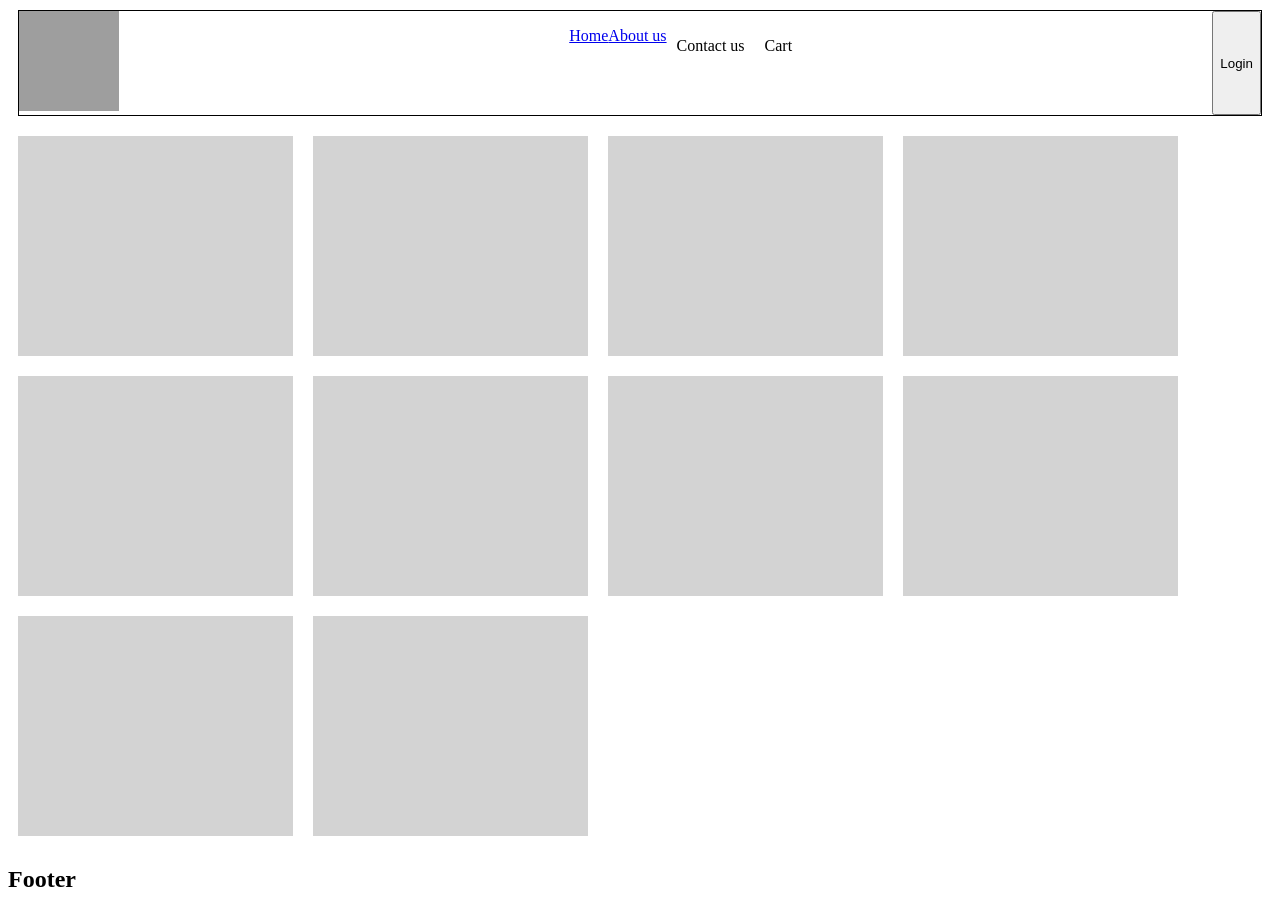
Repository: shivamv97/FOOD-VILLA-APP
Page: /
The author's editor kept a copy of each file at every save. The page is drawn from the files as they stood at one save, then again after the next save.
The browser window is 1280 px wide. The pictures show the whole page.
Pictures or frames that could not be fetched are drawn as grey boxes. The page's requests for data from a server got no answer. The project was rebuilt for these pictures with package versions that can differ from the ones it lists, and the page was loaded fresh each time. No one was signed in, and anything a server would have sent is missing. Also part of the build but not shown: src/components/RestaurantCards.js, src/components/About.js, src/components/Error.js.

Above is the page before, as saved 2024-08-05 13:30:19.

### index.html
<!DOCTYPE html>
<html lang="en">
  <head>
    <meta charset="UTF-8" />
    <meta name="viewport" content="width=device-width, initial-scale=1.0" />
    <title>Learning REACT</title>
    <link rel="stylesheet" href="style.css" />
  </head>
  <body>
    <div id="root">Not Rendered</div>
    <!-- <script
      crossorigin
      src="https://unpkg.com/react@18/umd/react.development.js"
    ></script>
    <script
      crossorigin
      src="https://unpkg.com/react-dom@18/umd/react-dom.development.js"
    ></script> -->
    <script type="module" src="src/App.js"></script>
  </body>
</html>

### style.css
.header {
  display: flex;
  justify-content: space-between;
  margin: 10px;
  border: 1px solid black;
}
.nav-items > ul {
  list-style-type: none;
  display: flex;
}

.nav-items > ul > li {
  padding: 10px;
}
.logo {
  width: 100px;
  height: 100px;
}

.card {
  width: 255px;
  border: 1px solid black;
  padding: 10px;
  margin: 10px;
  overflow-wrap: break-word;
}

.card > img {
  width: 100%;
}

.restaurant-list {
  display: flex;
  flex-wrap: wrap;
}

.shimmer-card {
  width: 255px;
  height: 200px;
  background: lightgrey;
  margin: 10px;
  padding: 10px;
}

### src/App.js
import React from "react";
import ReactDOM from "react-dom/client";
import HeaderComponent from "./components/Title";
import Body from "./components/Body";
import Footer from "./components/Footer";
import About from "./components/About";
import Error from "./components/Error";
import { createBrowserRouter, RouterProvider } from "react-router-dom";

const AppLayout = () => {
  return (
    <>
      <HeaderComponent />
      <Body />
      <Footer />
    </>
  );
};

const appRouter = createBrowserRouter([
  {
    path: "/",
    element: <AppLayout />,
    errorElement: <Error />,
  },
  {
    path: "/About",
    element: <About />,
  },
]);

const root = ReactDOM.createRoot(document.getElementById("root"));

root.render(<RouterProvider router={appRouter} />);
//root will render according to the AppRouter

### src/components/Title.js
import { useState } from "react";
import { Link } from "react-router-dom";

const LoggedInUser = () => {
  //API used for authentication
  return true;
};

const Title = () => (
  <a href="/ ">
    <img
      className="logo"
      alt="logo"
      src="https://encrypted-tbn0.gstatic.com/images?q=tbn:ANd9GcTJtFXKFKFoihdrJEvX4jBtXqfcO2kJ0KAlIg&s"
    />
  </a>
);

const HeaderComponent = () => {
  const [isLoggedIn, setisLoggedIn] = useState(false);
  return (
    <div className="header">
      <Title />
      <div className="nav-items">
        <ul>
          <Link to="/">
            <li>Home</li>
          </Link>
          <Link to="/About">
            <li>About us</li>
          </Link>

          <li>Contact us</li>
          <li>Cart</li>
        </ul>
      </div>
      {isLoggedIn ? (
        <button onClick={() => setisLoggedIn(false)}>Logout</button>
      ) : (
        <button onClick={() => setisLoggedIn(true)}>Login</button>
      )}
    </div>
  );
};

export default HeaderComponent;

### src/components/Body.js
import { restaurantlist } from "../config";
import RestrauntCard from "./RestaurantCards";
import { useState, useEffect } from "react";
import Shimmer from "./shimmer";

function filterdata(searchText, restaurants) {
  return restaurants.filter((restaurant) =>
    restaurant.info.name.toLowerCase().includes(searchText.toLowerCase())
  );
}

const Body = () => {
  // const searchTxt = "KFC"; //for reference...(IN JS)
  const [AllRestaurants, setAllRestaurants] = useState([]);
  const [FilteredRestaurants, setFilteredRestaurants] = useState([]); //restaurantlist
  const [searchText, setsearchText] = useState(""); //To create state variable.......(IN REACT)
  // console.log("render()");

  useEffect(() => {
    //API call
    GetRestaurants();
  }, []);

  async function GetRestaurants() {
    const data = await fetch(
      "https://www.swiggy.com/dapi/restaurants/list/v5?lat=28.7040592&lng=77.10249019999999&collection=83667"
    );
    const json = await data.json();
    console.log(json);
    //you have to make change only in line 32,in cards[i],where i is keep changing in the above api link,try from 0-11
    //it's an config-driven UI,Hence,it's Grid Element position keeps on changing.......
    setAllRestaurants(
      json?.data?.cards[1]?.card?.card?.gridElements?.infoWithStyle?.restaurants
    );
    setFilteredRestaurants(
      json?.data?.cards[1]?.card?.card?.gridElements?.infoWithStyle?.restaurants
    );
  }

  console.log("render");

  //Don't render component(Early Return)
  // if (!AllRestaurants) return null;
  // if (FilteredRestaurants?.length === 0) return <h1>No Restaurants Found!</h1>;

  //Conditional rendering
  return AllRestaurants?.length == 0 ? (
    <Shimmer />
  ) : (
    <>
      <div className="search-box">
        <input
          type="text"
          className="search-input"
          placeholder="Search"
          value={searchText}
          onChange={(e) => {
            setsearchText(e.target.value);
          }}
        />
        <button
          className="search-btn"
          onClick={() => {
            //filter the data according to need
            const data = filterdata(searchText, AllRestaurants);
            setFilteredRestaurants(data);
            //need to update the state-restaurants
          }}
        >
          Search
        </button>
      </div>
      <div className="restaurant-list">
        {
          FilteredRestaurants.map((restaurant) => {
            return (
              <RestrauntCard key={restaurant.info.id} {...restaurant.info} />
            );
          })
          //H.W. => 1.PROPER PLACE FOR NO RESTAURANTS FOUND   2.SEARCH WENT OFF WHEN IT IS SHOWING NO RESTAURANTS FOUND..........
        }
      </div>
    </>
  );
};

export default Body;

### src/components/Footer.js
const Footer = () => {
  return <h2>Footer</h2>;
};

export default Footer;

### src/config.js
//PUT MY all Hard Coded File Here
export const Img_cdn_url =
  "https://media-assets.swiggy.com/swiggy/image/upload/fl_lossy,f_auto,q_auto,w_660/";

//Config Driven UI
export const restaurantlist = [
  //public API of Swiggy
  {
    "@type": "type.googleapis.com/swiggy.presentation.food.v2.Restaurant",
    info: {
      id: "8561",
      name: "Mughlai Junction",
      cloudinaryImageId: "tnl2yuuxi8zjbgru6iqj",
      locality: "Connaught Place",
      areaName: "Connaught Place",
      costForTwo: "₹600 for two",
      cuisines: ["Mughlai", "North Indian", "Tandoor"],
      avgRating: 4.3,
      parentId: "5354",
      avgRatingString: "4.3",
      totalRatingsString: "10K+",
      promoted: true,
      adTrackingId:
        "cid=15007607~p=0~adgrpid=15007607#ag1~mp=SWIGGY_IN~bl=FOOD~aet=RESTAURANT~aeid=8561~eid=321f01bc-98c6-405c-89d6-b18422bb8f70~srvts=1721229990431~collid=83639",
      sla: {
        deliveryTime: 37,
        lastMileTravel: 4.8,
        serviceability: "SERVICEABLE",
        slaString: "35-40 mins",
        lastMileTravelString: "4.8 km",
        iconType: "ICON_TYPE_EMPTY",
      },
      availability: {
        nextCloseTime: "2024-07-17 23:00:00",
        opened: true,
      },
      badges: {},
      isOpen: true,
      type: "F",
      badgesV2: {
        entityBadges: {
          textExtendedBadges: {},
          textBased: {},
          imageBased: {},
        },
      },
      aggregatedDiscountInfoV3: {
        header: "10% OFF",
        subHeader: "UPTO ₹35",
      },
      orderabilityCommunication: {
        title: {},
        subTitle: {},
        message: {},
        customIcon: {},
      },
      differentiatedUi: {
        displayType: "ADS_UI_DISPLAY_TYPE_ENUM_DEFAULT",
        differentiatedUiMediaDetails: {
          mediaType: "ADS_MEDIA_ENUM_IMAGE",
          lottie: {},
          video: {},
        },
      },
      reviewsSummary: {},
      displayType: "RESTAURANT_DISPLAY_TYPE_DEFAULT",
      restaurantOfferPresentationInfo: {},
      externalRatings: {
        aggregatedRating: {
          rating: "4.4",
          ratingCount: "1K+",
        },
        source: "GOOGLE",
        sourceIconImageId: "v1704440323/google_ratings/rating_google_tag",
      },
      ratingsDisplayPreference: "RATINGS_DISPLAY_PREFERENCE_SHOW_SWIGGY",
    },
    analytics: {},
    cta: {
      link: "swiggy://menu?restaurant_id=8561&source=collection&query=Biryani",
      text: "RESTAURANT_MENU",
      type: "DEEPLINK",
    },
    widgetId: "collectionV5RestaurantListWidget_SimRestoRelevance_food",
  },

  {
    "@type": "type.googleapis.com/swiggy.presentation.food.v2.Restaurant",
    info: {
      id: "817359",
      name: "Zahra Restaurant & Cafe",
      cloudinaryImageId: "asaqtuuszx7hzmxpnfpo",
      locality: "Old Delhi",
      areaName: "Old Delhi",
      costForTwo: "₹300 for two",
      cuisines: ["Indian", "Tandoor", "Kebabs", "Snacks", "Biryani"],
      avgRating: 4.3,
      parentId: "229129",
      avgRatingString: "4.3",
      totalRatingsString: "100+",
      sla: {
        deliveryTime: 29,
        lastMileTravel: 1.3,
        serviceability: "SERVICEABLE",
        slaString: "25-30 mins",
        lastMileTravelString: "1.3 km",
        iconType: "ICON_TYPE_EMPTY",
      },
      availability: {
        nextCloseTime: "2024-07-17 22:59:00",
        opened: true,
      },
      badges: {},
      isOpen: true,
      type: "F",
      badgesV2: {
        entityBadges: {
          textExtendedBadges: {},
          textBased: {},
          imageBased: {},
        },
      },
      aggregatedDiscountInfoV3: {
        header: "50% OFF",
        subHeader: "UPTO ₹100",
      },
      orderabilityCommunication: {
        title: {},
        subTitle: {},
        message: {},
        customIcon: {},
      },
      differentiatedUi: {
        displayType: "ADS_UI_DISPLAY_TYPE_ENUM_DEFAULT",
        differentiatedUiMediaDetails: {
          mediaType: "ADS_MEDIA_ENUM_IMAGE",
          lottie: {},
          video: {},
        },
      },
      reviewsSummary: {},
      displayType: "RESTAURANT_DISPLAY_TYPE_DEFAULT",
      restaurantOfferPresentationInfo: {},
      externalRatings: {
        aggregatedRating: {
          rating: "--",
        },
      },
      ratingsDisplayPreference: "RATINGS_DISPLAY_PREFERENCE_SHOW_SWIGGY",
    },
    analytics: {},
    cta: {
      link: "swiggy://menu?restaurant_id=817359&source=collection&query=Biryani",
      text: "RESTAURANT_MENU",
      type: "DEEPLINK",
    },
    widgetId: "collectionV5RestaurantListWidget_SimRestoRelevance_food",
  },

  {
    "@type": "type.googleapis.com/swiggy.presentation.food.v2.Restaurant",
    info: {
      id: "81523",
      name: "Amma Mess",
      cloudinaryImageId: "a09jpzja1zusso85bbmz",
      locality: "Karol Bagh",
      areaName: "Karol Bagh",
      costForTwo: "₹300 for two",
      cuisines: ["South Indian"],
      avgRating: 4.5,
      parentId: "15687",
      avgRatingString: "4.5",
      totalRatingsString: "10K+",
      promoted: true,
      adTrackingId:
        "cid=15010070~p=1~adgrpid=15010070#ag1~mp=SWIGGY_IN~bl=FOOD~aet=RESTAURANT~aeid=81523~eid=b2807d99-426d-4265-8bac-9448c8101a5f~srvts=1721229990431~collid=83639",
      sla: {
        deliveryTime: 37,
        lastMileTravel: 6.3,
        serviceability: "SERVICEABLE",
        slaString: "35-40 mins",
        lastMileTravelString: "6.3 km",
        iconType: "ICON_TYPE_EMPTY",
      },
      availability: {
        nextCloseTime: "2024-07-17 22:30:00",
        opened: true,
      },
      badges: {},
      isOpen: true,
      aggregatedDiscountInfoV2: {},
      type: "F",
      badgesV2: {
        entityBadges: {
          textBased: {},
          imageBased: {},
          textExtendedBadges: {},
        },
      },
      orderabilityCommunication: {
        title: {},
        subTitle: {},
        message: {},
        customIcon: {},
      },
      differentiatedUi: {
        displayType: "ADS_UI_DISPLAY_TYPE_ENUM_DEFAULT",
        differentiatedUiMediaDetails: {
          mediaType: "ADS_MEDIA_ENUM_IMAGE",
          lottie: {},
          video: {},
        },
      },
      reviewsSummary: {},
      displayType: "RESTAURANT_DISPLAY_TYPE_DEFAULT",
      restaurantOfferPresentationInfo: {},
      externalRatings: {
        aggregatedRating: {
          rating: "4.2",
          ratingCount: "1K+",
        },
        source: "GOOGLE",
        sourceIconImageId: "v1704440323/google_ratings/rating_google_tag",
      },
      ratingsDisplayPreference: "RATINGS_DISPLAY_PREFERENCE_SHOW_SWIGGY",
    },
    analytics: {},
    cta: {
      link: "swiggy://menu?restaurant_id=81523&source=collection&query=Biryani",
      text: "RESTAURANT_MENU",
      type: "DEEPLINK",
    },
    widgetId: "collectionV5RestaurantListWidget_SimRestoRelevance_food",
  },

  {
    "@type": "type.googleapis.com/swiggy.presentation.food.v2.Restaurant",
    info: {
      id: "144716",
      name: "Mughlai Invitation",
      cloudinaryImageId: "a4530760ed2ff35b487605618cc6dc45",
      areaName: "Chandni Chowk",
      costForTwo: "₹200 for two",
      cuisines: ["Indian", "Mughlai", "Biryani", "Sweets"],
      avgRating: 4.6,
      parentId: "141076",
      avgRatingString: "4.6",
      totalRatingsString: "100+",
      sla: {
        deliveryTime: 30,
        lastMileTravel: 1.5,
        serviceability: "SERVICEABLE",
        slaString: "30-35 mins",
        lastMileTravelString: "1.5 km",
        iconType: "ICON_TYPE_EMPTY",
      },
      availability: {
        nextCloseTime: "2024-07-17 22:59:00",
        opened: true,
      },
      badges: {},
      isOpen: true,
      aggregatedDiscountInfoV2: {},
      type: "F",
      badgesV2: {
        entityBadges: {
          textExtendedBadges: {},
          textBased: {},
          imageBased: {},
        },
      },
      orderabilityCommunication: {
        title: {},
        subTitle: {},
        message: {},
        customIcon: {},
      },
      differentiatedUi: {
        displayType: "ADS_UI_DISPLAY_TYPE_ENUM_DEFAULT",
        differentiatedUiMediaDetails: {
          mediaType: "ADS_MEDIA_ENUM_IMAGE",
          lottie: {},
          video: {},
        },
      },
      reviewsSummary: {},
      displayType: "RESTAURANT_DISPLAY_TYPE_DEFAULT",
      restaurantOfferPresentationInfo: {},
      externalRatings: {
        aggregatedRating: {
          rating: "4.8",
          ratingCount: "100+",
        },
        source: "GOOGLE",
        sourceIconImageId: "v1704440323/google_ratings/rating_google_tag",
      },
      ratingsDisplayPreference: "RATINGS_DISPLAY_PREFERENCE_SHOW_SWIGGY",
    },
    analytics: {},
    cta: {
      link: "swiggy://menu?restaurant_id=144716&source=collection&query=Biryani",
      text: "RESTAURANT_MENU",
      type: "DEEPLINK",
    },
    widgetId: "collectionV5RestaurantListWidget_SimRestoRelevance_food",
  },

  {
    "@type": "type.googleapis.com/swiggy.presentation.food.v2.Restaurant",
    info: {
      id: "64321",
      name: "Southern Masala",
      cloudinaryImageId: "14527e27a298304dd07904f777372cb5",
      locality: "Karol Bagh",
      areaName: "Karol Bagh",
      costForTwo: "₹350 for two",
      cuisines: ["Andhra", "Biryani", "South Indian", "Thalis"],
      avgRating: 3.9,
      parentId: "17286",
      avgRatingString: "3.9",
      totalRatingsString: "1K+",
      promoted: true,
      adTrackingId:
        "cid=15472783~p=2~adgrpid=15472783#ag1~mp=SWIGGY_IN~bl=FOOD~aet=RESTAURANT~aeid=64321~eid=785e1ed6-7474-46a2-ba9f-4a9325d5fabc~srvts=1721229990431~collid=83639",
      sla: {
        deliveryTime: 38,
        lastMileTravel: 5,
        serviceability: "SERVICEABLE",
        slaString: "35-40 mins",
        lastMileTravelString: "5.0 km",
        iconType: "ICON_TYPE_EMPTY",
      },
      availability: {
        nextCloseTime: "2024-07-17 22:00:00",
        opened: true,
      },
      badges: {},
      isOpen: true,
      type: "F",
      badgesV2: {
        entityBadges: {
          textBased: {},
          imageBased: {},
          textExtendedBadges: {},
        },
      },
      aggregatedDiscountInfoV3: {
        header: "₹125 OFF",
        subHeader: "ABOVE ₹199",
        discountTag: "FLAT DEAL",
      },
      orderabilityCommunication: {
        title: {},
        subTitle: {},
        message: {},
        customIcon: {},
      },
      differentiatedUi: {
        displayType: "ADS_UI_DISPLAY_TYPE_ENUM_DEFAULT",
        differentiatedUiMediaDetails: {
          mediaType: "ADS_MEDIA_ENUM_IMAGE",
          lottie: {},
          video: {},
        },
      },
      reviewsSummary: {},
      displayType: "RESTAURANT_DISPLAY_TYPE_DEFAULT",
      restaurantOfferPresentationInfo: {},
      externalRatings: {
        aggregatedRating: {
          rating: "4.1",
          ratingCount: "100+",
        },
        source: "GOOGLE",
        sourceIconImageId: "v1704440323/google_ratings/rating_google_tag",
      },
      ratingsDisplayPreference: "RATINGS_DISPLAY_PREFERENCE_SHOW_SWIGGY",
    },
    analytics: {},
    cta: {
      link: "swiggy://menu?restaurant_id=64321&source=collection&query=Biryani",
      text: "RESTAURANT_MENU",
      type: "DEEPLINK",
    },
    widgetId: "collectionV5RestaurantListWidget_SimRestoRelevance_food",
  },
];

### src/components/shimmer.js
const Shimmer = () => {
  return (
    <div className="restaurant-list">
      {Array(10)
        .fill("")
        .map((e, index) => (
          <div key={index} className="shimmer-card"></div>
        ))}
    </div>
  );
};

export default Shimmer;

After the next save:
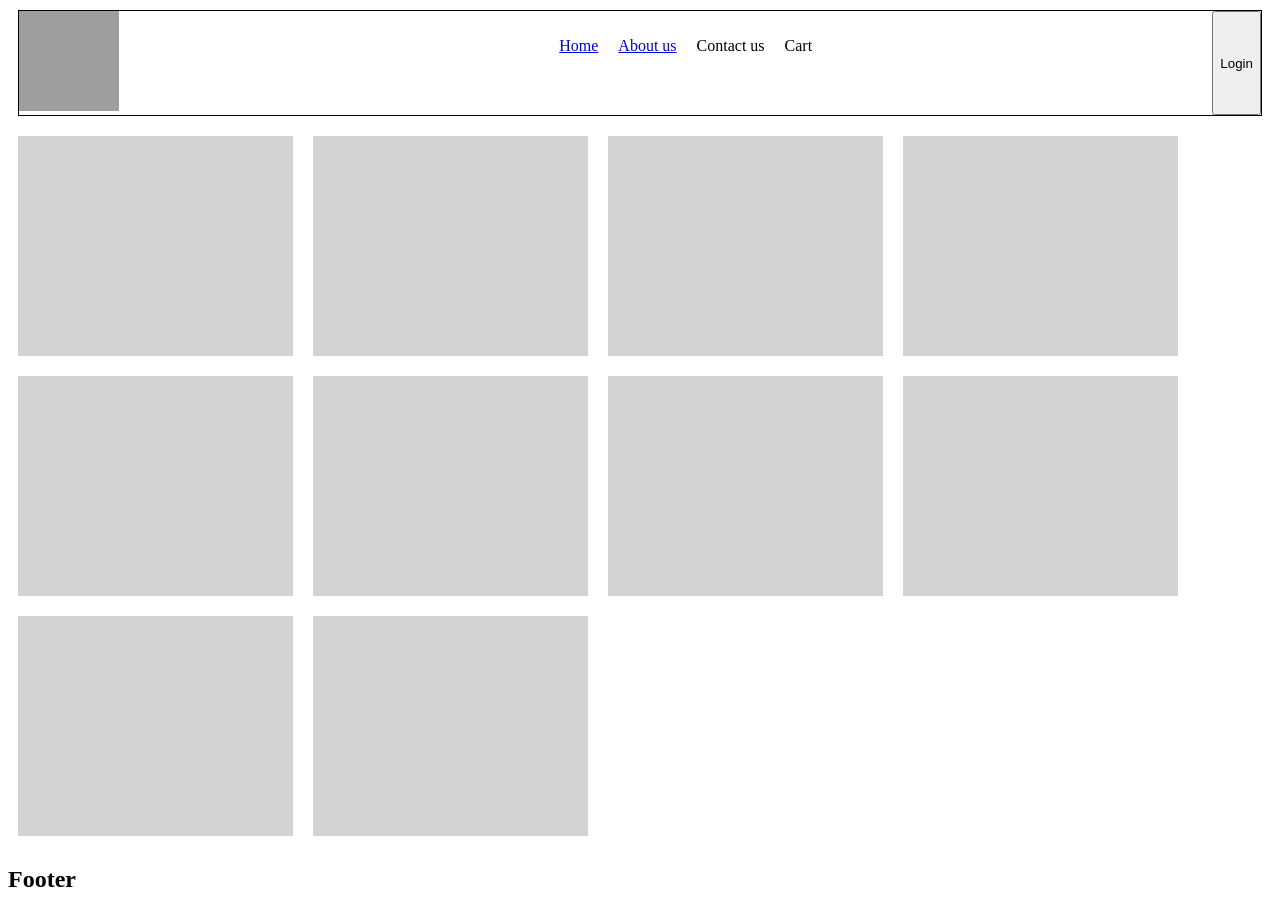
Saved 2 min 40 s later.
--- a/src/components/Title.js
+++ b/src/components/Title.js
@@ -23,12 +23,14 @@ const HeaderComponent = () => {
       <Title />
       <div className="nav-items">
         <ul>
-          <Link to="/">
-            <li>Home</li>
-          </Link>
-          <Link to="/About">
-            <li>About us</li>
-          </Link>
+          <li>
+            {" "}
+            <Link to="/">Home </Link>
+          </li>
+          <li>
+            {" "}
+            <Link to="/About">About us</Link>
+          </li>
 
           <li>Contact us</li>
           <li>Cart</li>
